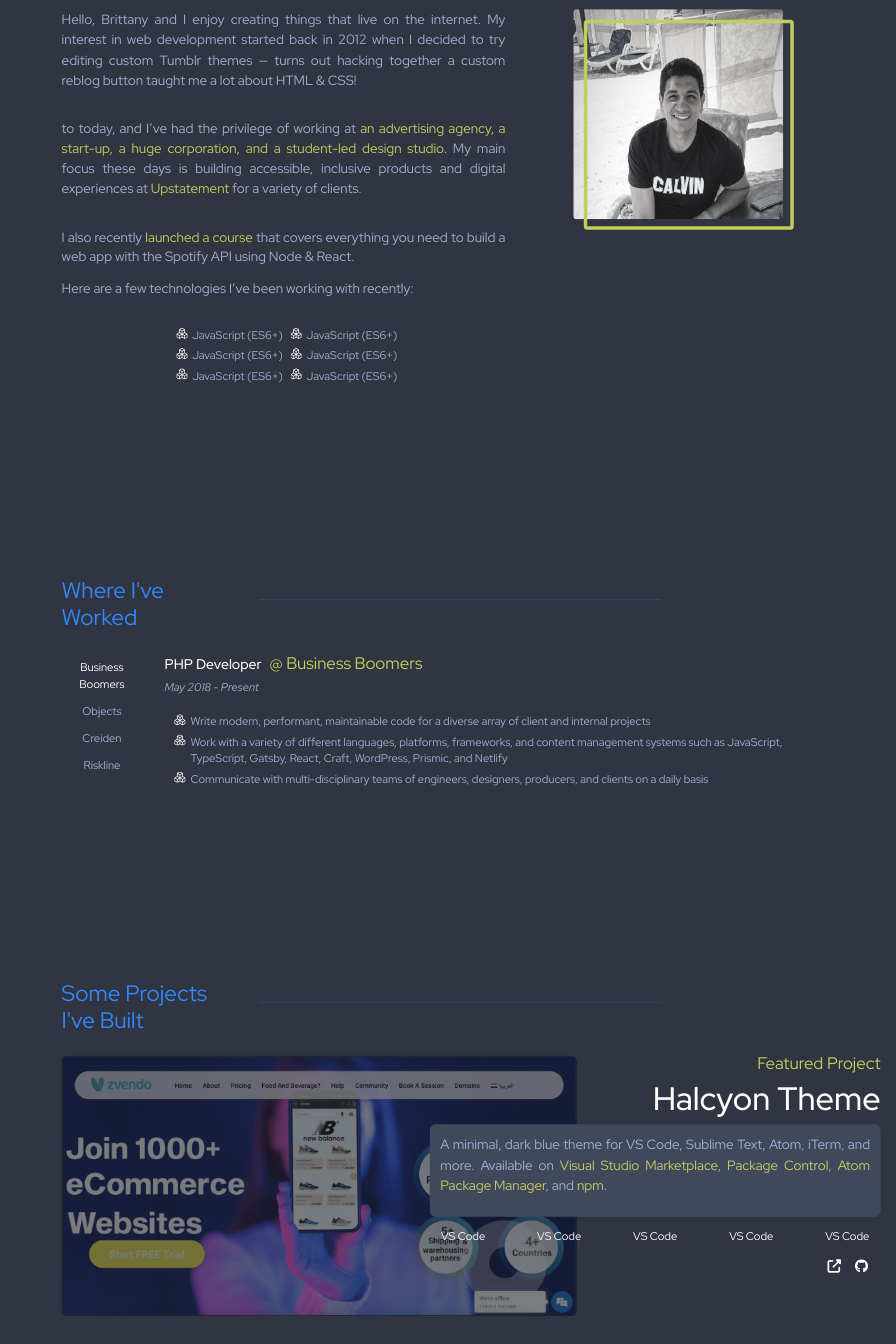
Repository: aya7abbal/Talaat-s-Portfolio
Page: index.html
An editor plug-in stored every save of this project. The page is shown before and after the next save, followed by the edit.
The browser window is 1280 px wide. The pictures show the part of the page from y = 943 to 2863 px (the page is 2863 px tall), at 70% of full size.
Some web libraries are served in a nearby version. The style sheet was rebuilt from its Sass, Less or Tailwind sources for each picture, by a compiler version that may differ from the author's.

Above is the page before, as saved 2022-02-08 12:28:47.

After the next save:
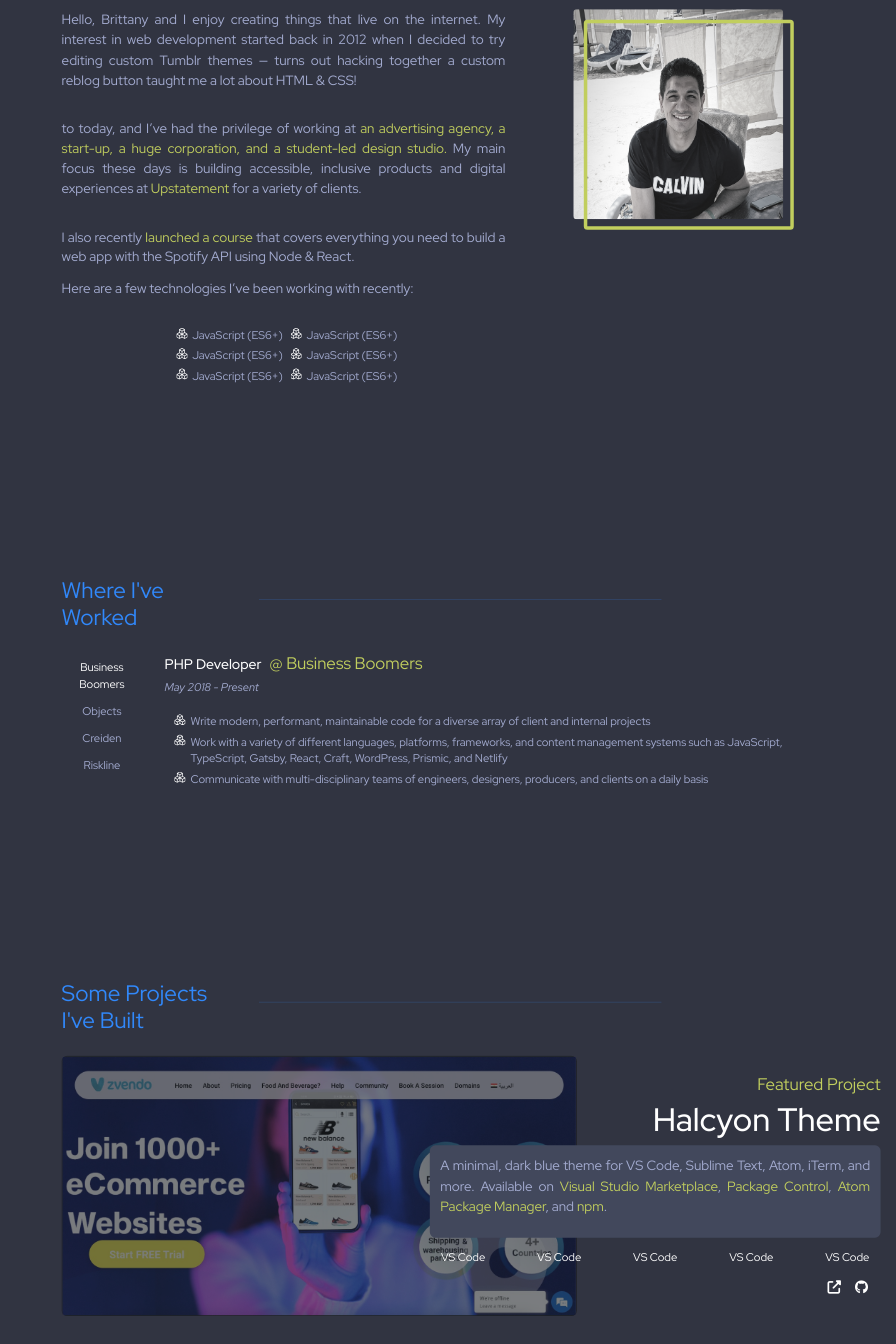
Saved 20 s later.
--- a/styles/components/_projects.scss
+++ b/styles/components/_projects.scss
@@ -25,7 +25,7 @@
       display: none;
     }
     min-width: 500px;
-    transform: translate(-210px, -30px);
+    transform: translate(-210px, 0px);
     background-color: transparent;
     text-align: right;
   }
